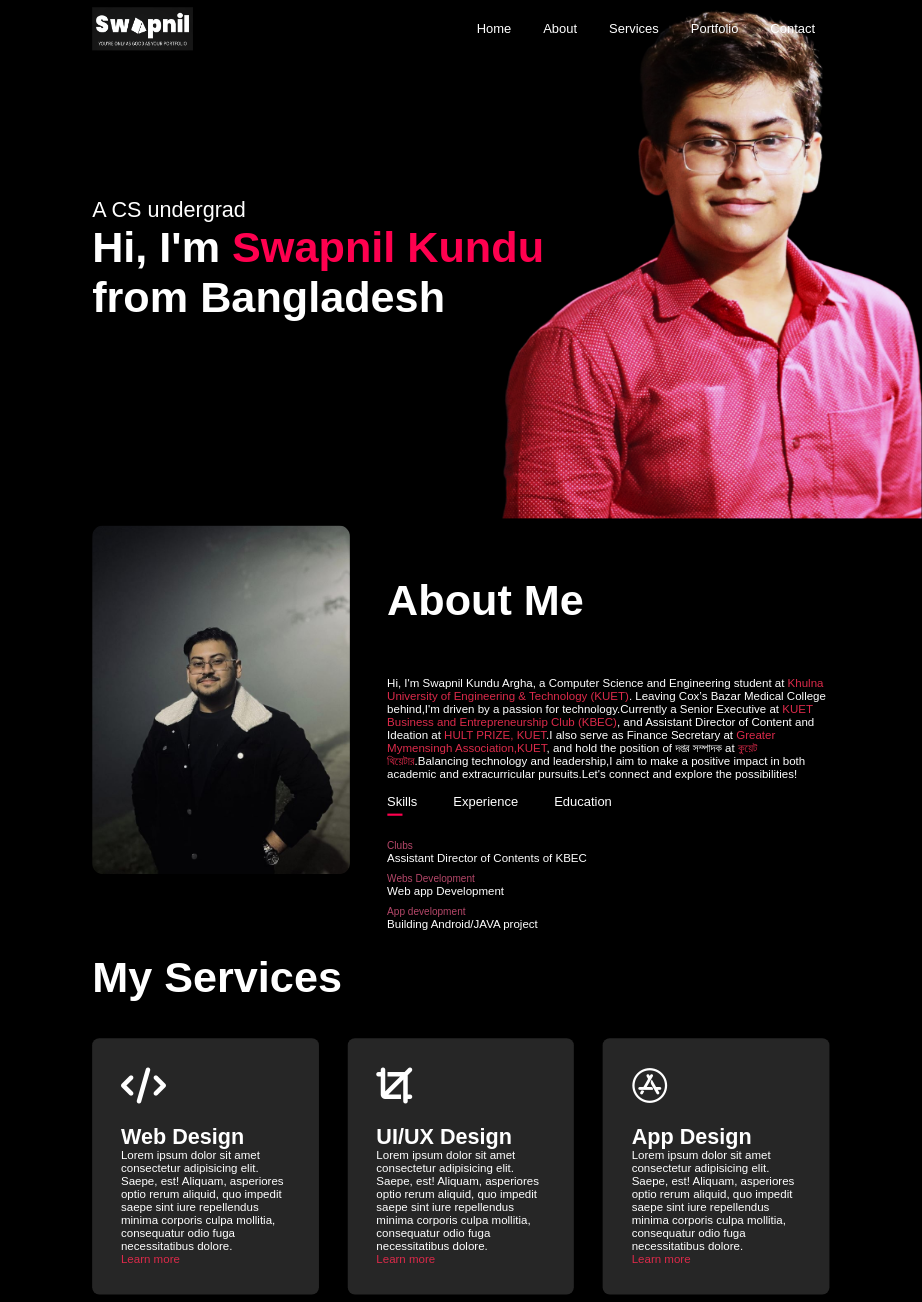
Repository: SwapnilKundu/portfolio
Page: index.html
The author's editor kept a copy of each file at every save. The page is drawn from the files as they stood at one save, then again after the next save.
The browser window is 1280 px wide. The pictures show the whole page, at 72% of full size.
Some web libraries are served in a nearby version.

Above is the page before, as saved 2024-01-20 10:20:03.

### index.html
<!DOCTYPE html>
<html lang="en">
<head>
    <meta charset="UTF-8">
    <meta name="viewport" content="width=device-width, initial-scale=1.0">
    <title>Personal Portfolio Website</title>
    <link rel="stylesheet" href="style.css">
    <script src="https://kit.fontawesome.com/74456a4746.js" crossorigin="anonymous"></script>
</head>
<body>
  <div id="header">
    <div class="container">
        <nav>
            <img src="images/logo1.png" class="logo" width="40" height="60">
            <ul>
                <li><a href ="#">Home</a></li>
                <li><a href ="#">About</a></li>
                <li><a href ="#">Services</a></li>
                <li><a href ="#">Portfolio</a></li>
                <li><a href ="#">Contact</a></li>
            </ul>
        </nav>
        <div class="header-text">
            <p>A CS undergrad </p>
            <h1>Hi, I'm <span>Swapnil Kundu</span> <br> from Bangladesh</h1>
        </div>
    </div>
  </div>
  <div id="about">
    <div class="container">
        <div class="row">
            <div class="about-col-1">
                <img src="images/Aboutme4.jpg" alt="Profile Image">
            </div>
            <div class="about-col-2">
                <h1 class="sub-title"><br>About Me</h1>
                <p>
                    <br><br><br><br>Hi, I'm Swapnil Kundu Argha, a Computer Science and Engineering student at <a href="http://www.kuet.ac.bd/" target="_blank">Khulna University of Engineering & Technology (KUET)</a>. Leaving Cox’s Bazar Medical College behind,I'm driven by a passion for technology.Currently a Senior Executive at <a href="https://www.facebook.com/KBEC.official">KUET Business and Entrepreneurship Club (KBEC)</a>, and Assistant Director of Content and Ideation at <a href="https://scontent.fjsr8-1.fna.fbcdn.net/v/t39.30808-6/414475463_878653704262850_605489790676270348_n.jpg?_nc_cat=106&ccb=1-7&_nc_sid=dd5e9f&_nc_eui2=AeG7qaCzWQGluZMTMKWtrD6ipcnI0dawWuilycjR1rBa6PLkHzdtJERiOyrmRQaxy3TT_q5vz9qIQ5m4l8xfiGP6&_nc_ohc=qg8Pu4EAUVYAX9avaA_&_nc_ht=scontent.fjsr8-1.fna&oh=00_AfBZ6Lqa5248mqS64WxhR3KxGRhN1UCrqkgUgA0V5dsZlw&oe=65AF45DF">HULT PRIZE, KUET</a>.I also serve as Finance Secretary at <a href="#link-to-GMA">Greater Mymensingh Association,KUET</a>, and hold the position of দপ্তর সম্পাদক at <a href="#link-to-theater">কুয়েট থিয়েটার</a>.Balancing technology and leadership,I aim to make a positive impact in both academic and extracurricular pursuits.Let's connect and explore the possibilities!
                </p>

                <div class="tab-titles">
                    <p class="tab-links active" onclick="opentab('skills')">Skills</p>
                    <p class="tab-links" onclick="opentab('experience')">Experience</p>
                    <p class="tab-links"onclick="opentab('education')">Education</p>
            </div>
            <div class="tab-contents active-tab"id ="skills">
                <ul>
                    <li><span>Clubs</span><br>Assistant Director of Contents of KBEC</li>
                    <li><span>Webs Development</span><br>Web app Development</li>
                    <li><span>App development</span><br>Building Android/JAVA project</li>
                </ul>
            </div>
            <div class="tab-contents" id ="experience">
                <ul>
                    <li><span>2022-Current</span><br>An Active member of KBEC</li>
                    <li><span>2023-Semester 2.2</span><br>App Development by JAVA</li>
                    <li><span>2024-Semester 3.1</span><br>Web Development by HTML,CSS,JAVA</li>
                    <li><span>2022-Current</span><br>An Active member of KBEC</li>

                </ul>
            </div>

            <div class="tab-contents" id ="education">
                <ul>
                    <li><span>2018</span><br>SSC from Mymensingh Zilla School,Mymensingh</li>
                        <li><span>2020</span><br>HSC from Ananda Mohan College,Mymensingh</li>
                        <li><span>From March,2022</span><br>Currently studying BSc in CSE department</li>
                </ul>
            </div>
        </div>
    </div>
  </div>

  <div id="Services">
    <div class ="container">
    <h1 class="sub-title">My Services</h1>
    <div class ="services-list">

        <div>
            <i class="fa-solid fa-code"></i>
            <h2>
                Web Design
            </h2>
            <p>Lorem ipsum dolor sit amet consectetur adipisicing elit. Saepe, est! Aliquam, asperiores optio rerum aliquid, quo impedit saepe sint iure repellendus minima corporis culpa mollitia, consequatur odio fuga necessitatibus dolore.

            </p>
            <a href="#">Learn more</a>
        </div>
        <div>
            <i class="fa-solid fa-crop"></i>
            <h2>
                UI/UX Design
            </h2>
            <p>Lorem ipsum dolor sit amet consectetur adipisicing elit. Saepe, est! Aliquam, asperiores optio rerum aliquid, quo impedit saepe sint iure repellendus minima corporis culpa mollitia, consequatur odio fuga necessitatibus dolore.

            </p>
            <a href="#">Learn more</a>
        </div>
        <div>
            <i class="fa-brands fa-app-store"></i>
            <h2>

                App Design
            </h2>
            <p>Lorem ipsum dolor sit amet consectetur adipisicing elit. Saepe, est! Aliquam, asperiores optio rerum aliquid, quo impedit saepe sint iure repellendus minima corporis culpa mollitia, consequatur odio fuga necessitatibus dolore.

            </p>
            <a href="#">Learn more</a>
        </div>
        </div>
    </div>
  </div>
  <script>
    var tablinks = document.querySelectorAll(".tab-links");
    var tabcontents = document.querySelectorAll(".tab-contents");

    function opentab(tabname) {
        for (tablink of tablinks) {
            tablink.classList.remove("active-link");
        }

        for (tabcontent of tabcontents) {
            tabcontent.classList.remove("active-tab");
        }

        var activeTab = document.getElementById(tabname);
        activeTab.classList.add("active-tab");

        var activeLink = document.querySelector(`.tab-links[data-tab="${tabname}"]`);
        activeLink.classList.add("active-link");
    }
</script>

</body>
</html>

### style.css
*
{
    margin: 0;
    padding: 0;
    font-family: 'Poppins',sans-serif;
    box-sizing: border-box;
}

body
{
    background: #000;
    color: #fff;
}
#header
{
    width: 100%;
    height: 100vh;
    background-image: url(images/ccc2.png);
    background-size: cover;
    background-position: left;
    background-repeat: no-repeat;
    overflow: hidden;
}
.container
{
padding: 10px 10%;
}
nav{
    display: flex;
    align-items: center;
    justify-content: space-between;
    flex-wrap: wrap;
}
.logo{
    width: 140px;
}

nav ul li{
    display:inline-block;
    list-style: none;
    margin: 10px 20px;

}
nav ul li a{
    color: #fff;
    text-decoration:none ;
    font-size: 18px;
    position: relative;
}

nav ul li a::after
{
    content: '';
    width:0;
    height:3px;
    background:#ff004f;
    position: absolute;
    left: 0;
    bottom: -6px;
    transition: 0.5s;

}
nav ul li a:hover::after
{
    width:100%;
}
.header-text{
    margin-top: 20%;
    font-size: 30px;
}
.header-text h1
{
    font-size:60px;
}
.header-text h1 span
{
    color:#ff004f;
}

#about a {
    color: #db2a4a;
    text-decoration: none;
}

#about a:hover {
    color: #ababab;
}
.row
{
    display: flex;
    justify-content: space-between;
    flex-wrap: wrap;
}

.about-col-1{
    flex-basis:35%;
}
.about-col-1 img
{
    width: 100%;
    border-radius: 15px;
}

.about-col-2
{
    flex-basis: 60%;
}

.sub-title
{
    font-size:60px;
    font-weight:600;
    color:#fff;
}

.tab-titles {
    display: flex;
    margin: 20px 0 40px;
}

.tab-links {
    margin-right: 50px;
    font-size: 18px;
    font-weight: 500;
    cursor: pointer;
    position: relative;
    color: #fff;
    text-decoration: none;
    transition: color 0.5s;
}

.tab-links::after {
    content: '';
    width: 0;
    height: 3px;
    background: #ff004f;
    position: absolute;
    left: 0;
    bottom: -8px;
    transition: 0.5s;
}

.tab-links:hover {
    color: #ff004f; /* Change the color on hover */
}

.tab-links.active::after {
    width: 50%;
}
.tab-contents ul li
{
    list-style:none;
    margin:10px 0;
}
.tab-contents ul li span
{
    color:#b54769;
    font-size: 14px;
}
.tab-contents
{
    display: none;
}
.tab-contents.active-tab
{
    display: block;
}




#services-list
{

    padding :30px 0;
}
.services-list
{
    display:grid;
    grid-template-columns: repeat(auto-fit,minmax(250px, 1fr));
    grid-gap:40px;
    margin-top: 50px;
}
.services-list div{
    background:#262626;
    padding: 40px;
    font: size 13px;
    font-weight: 300;
    border-radius:10px;
}
.services-list div i
{
    font-size: 50px;
    margin-bottom: 30px;
}
.services-list div h2
{
    font-size:  30px;


}

After the next save:
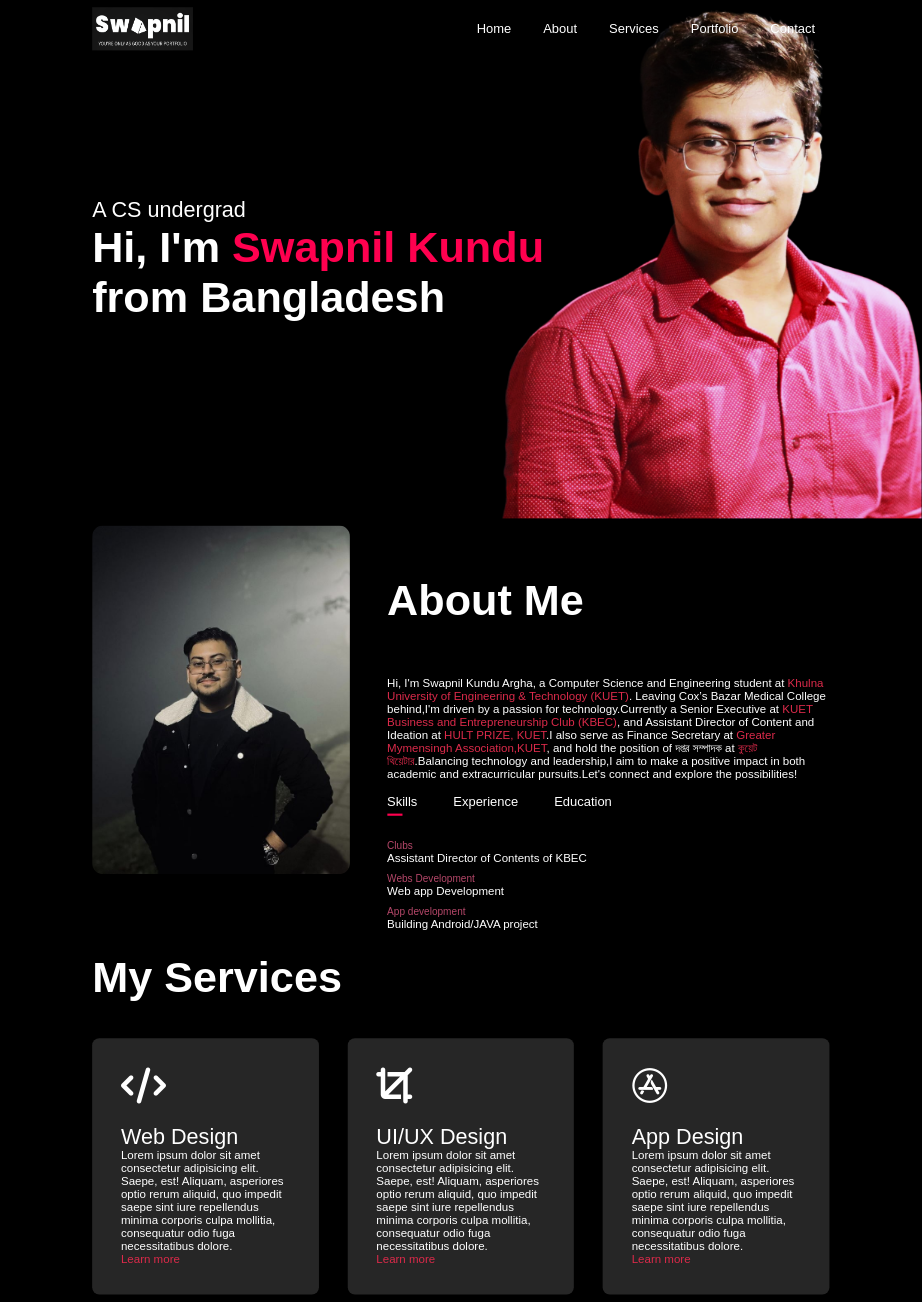
Saved 7 s later.
--- a/style.css
+++ b/style.css
@@ -196,6 +196,6 @@
 .services-list div h2
 {
     font-size:  30px;
-
-
-}
+    font-weight: 500;
+
+}
